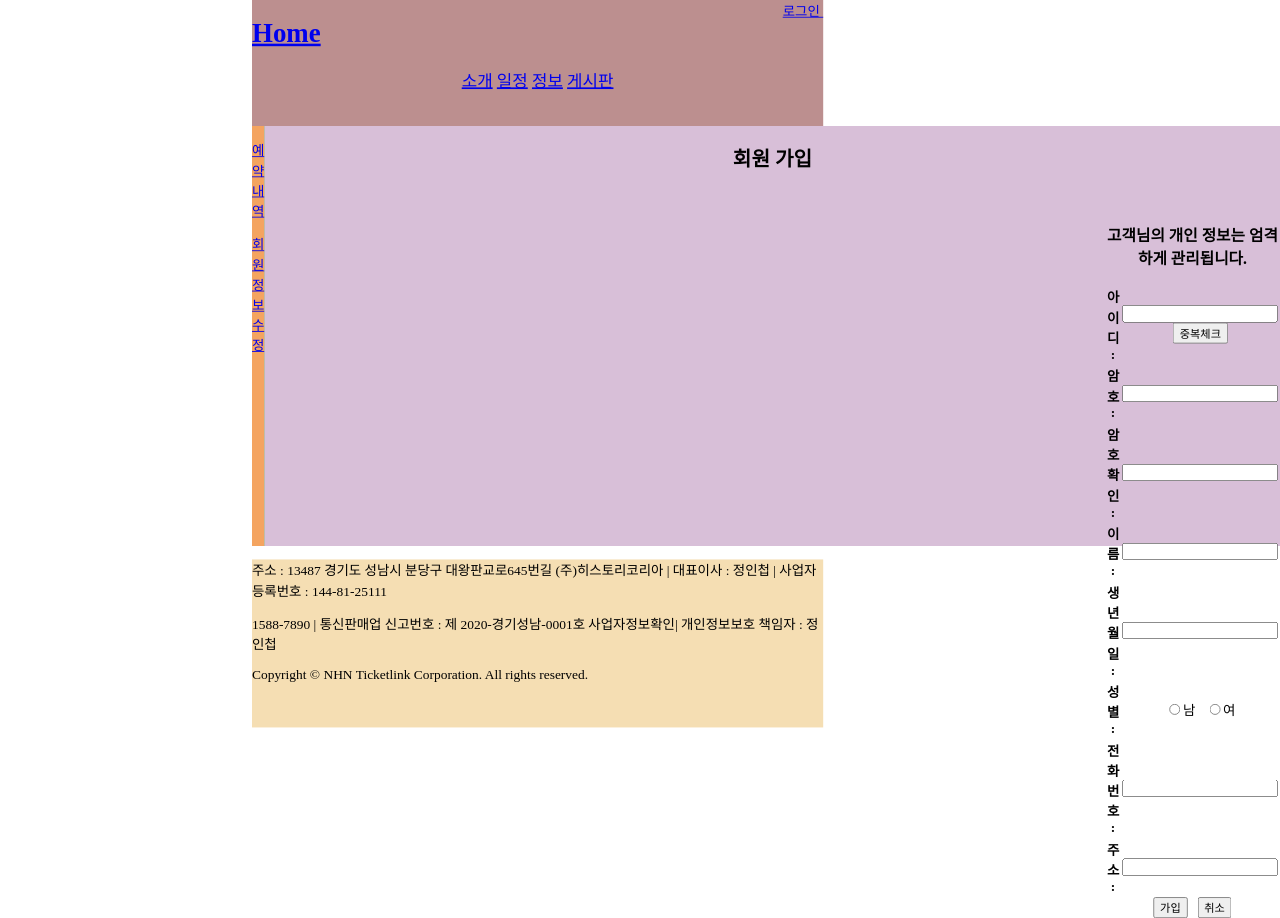
Repository: dlscjq34/JSP_historyTour
Page: http://localhost/HistoryTour/WEB-INF/views/member/joinMember.jsp
The author's editor kept a copy of each file at every save. The page is drawn from the files as they stood at one save, then again after the next save.
The browser window is 1280 px wide. The page is 1524 px wide, then 1280 px, so the pictures cover 1524 px, including what lies to the right of the window. The pictures show the whole page, at 84% of full size.
The page is served by Tomcat 9. Nobody is signed in. The template is opened directly, without the code that normally fills it, so the values that code supplies are empty.

Above is the page before, as saved 2020-12-21 03:39:46.

After the next save:
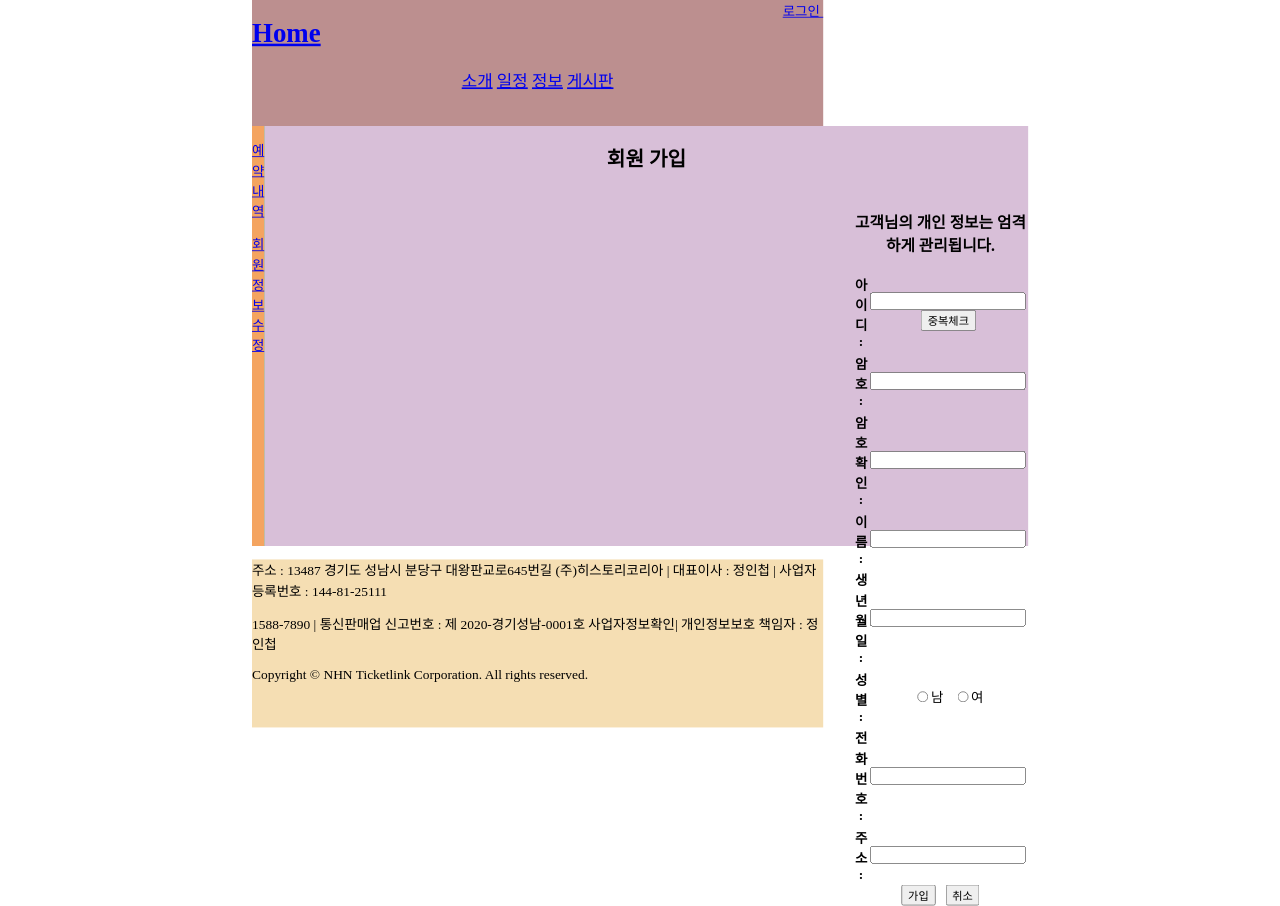
Saved 4 s later.
--- a/HistoryTour/WebContent/css/joinMember.css
+++ b/HistoryTour/WebContent/css/joinMember.css
@@ -5,7 +5,7 @@
 .center article form  {
   position: relative;
   margin-top: 5%;
-  padding-left: 1000px;
+  padding-left: 700px;
   /* width: 100px;
   font-size: 20px; */
 }
